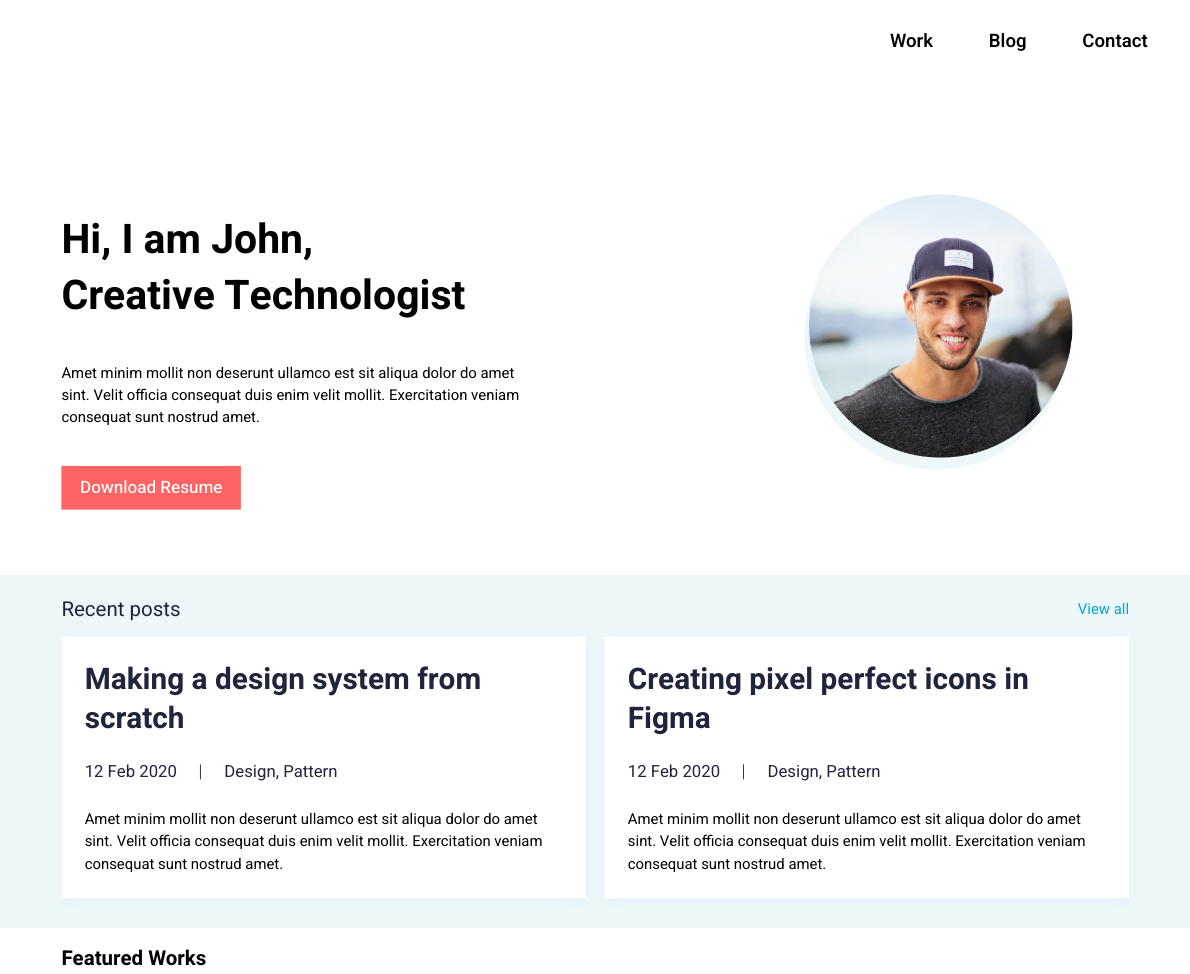
Repository: sharma171/portfolio
Page: /
The author's editor kept a copy of each file at every save. The page is drawn from the files as they stood at one save, then again after the next save.
The browser window is 1280 px wide. The pictures show the whole page, at 93% of full size.
The project was rebuilt for these pictures with package versions that can differ from the ones it lists, and the page was loaded fresh each time. The framework's server and built-in components were replaced by stand-ins that run in the browser. Also part of the build but not shown: next.config.mjs.

Above is the page before, as saved 2024-06-01 17:09:40.

After the next save:
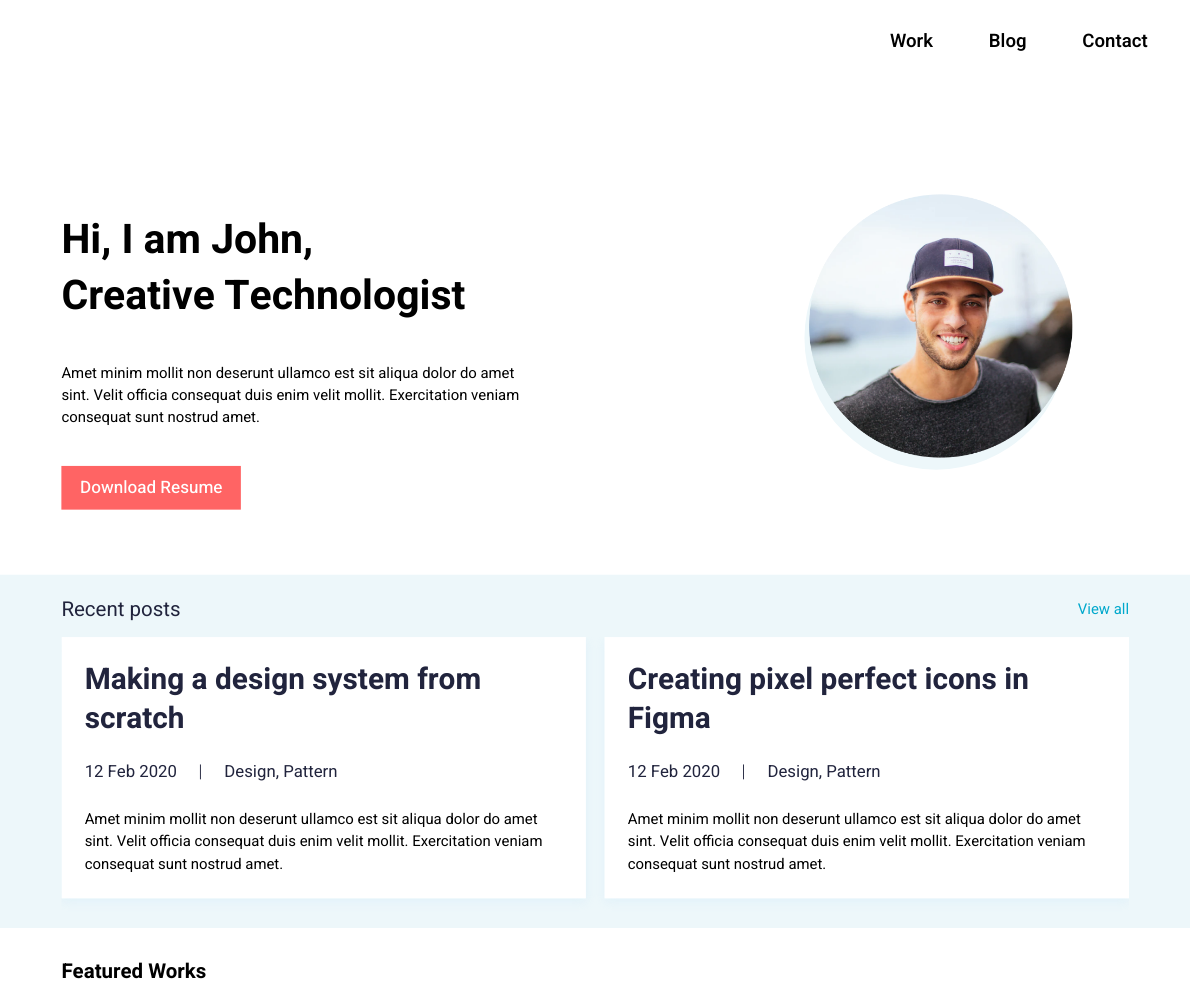
Saved 7 s later.
--- a/src/app/page.css
+++ b/src/app/page.css
@@ -170,4 +170,5 @@
 }
 .featured-home .top-heading .head {
   font-size: 22px;
+  line-height: 60px;
 }
